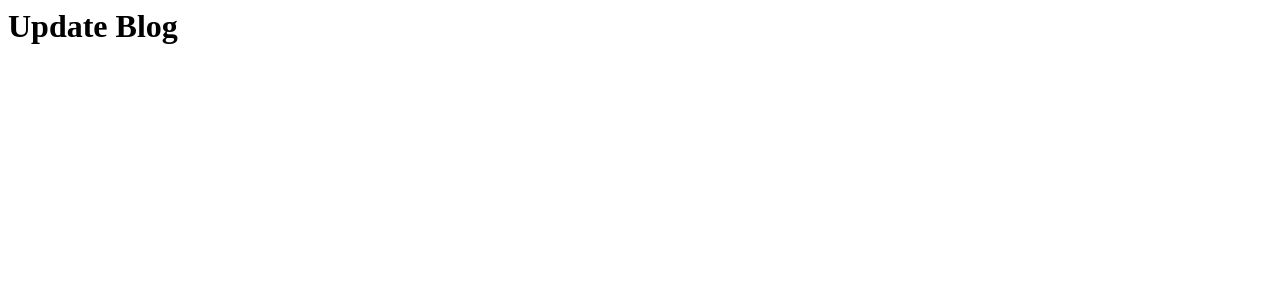
Repository: SmithaMendonca/Project-2
Page: EduCollaborationFrontend/WebContent/c_user/UpdateProfilePicture.html
The author's editor kept a copy of each file at every save. The page is drawn from the files as they stood at one save, then again after the next save.
The browser window is 1280 px wide. The pictures show the whole page.

Above is the page before, as saved 2019-07-21 05:31:31.

### EduCollaborationFrontend/WebContent/c_user/UpdateProfilePicture.html
<div ng-controller="BlogController">

<div class="container">
    <h1 class="well">Update Blog</h1>
	<div class="col-lg-12 well">
	<div class="row">









 </div>
</div>

After the next save:
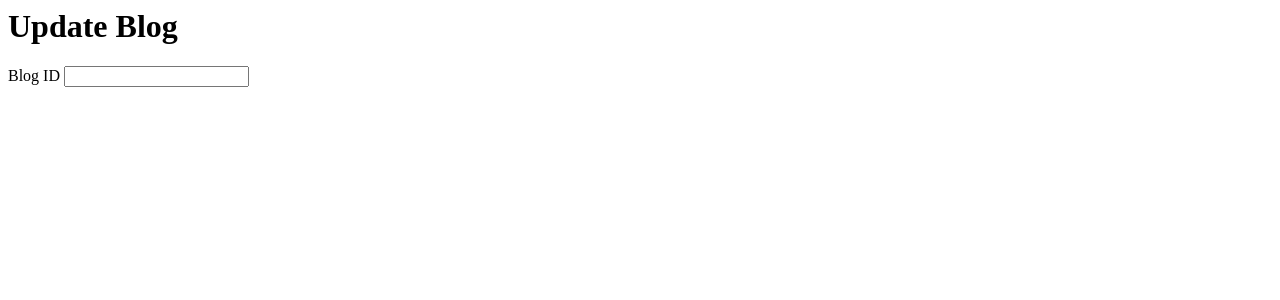
Saved 41 s later.
--- a/EduCollaborationFrontend/WebContent/c_user/UpdateProfilePicture.html
+++ b/EduCollaborationFrontend/WebContent/c_user/UpdateProfilePicture.html
@@ -5,7 +5,13 @@
 	<div class="col-lg-12 well">
 	<div class="row">
 
-
+	<div class="col-sm-12">
+         <div class="row">
+	        <div class="col-sm-6 form-group">
+				<label>Blog ID</label>
+					<input type="text" name="userName" ng-model="blog1.blogId"  class="form-control" readonly>
+				</div>
+			  </div>
 
 
 
